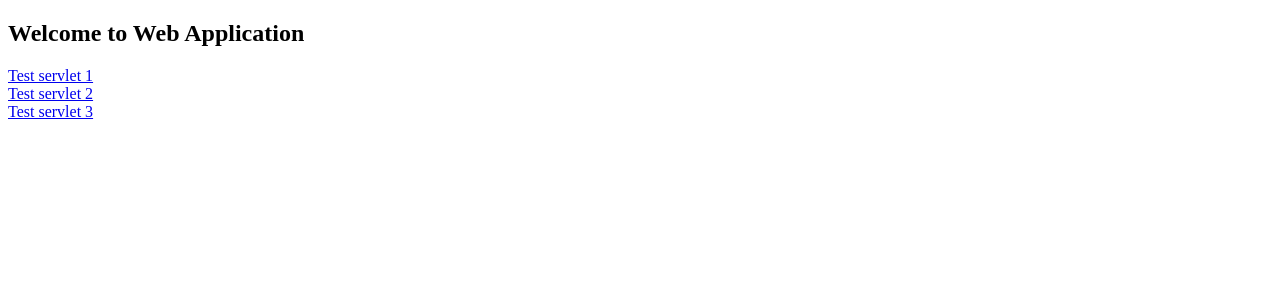
Repository: runeshgazane/Advance_Java_Practice
Page: Day2/Day2_2/src/main/webapp/home.html
The author's editor kept a copy of each file at every save. The page is drawn from the files as they stood at one save, then again after the next save.
The browser window is 1280 px wide. The pictures show the whole page.

Above is the page before, as saved 2023-01-19 10:16:01.

### Day2/Day2_2/src/main/webapp/home.html
<!DOCTYPE html>
<html>
<head>
<meta charset="ISO-8859-1">
<title>Insert title here</title>
</head>
<body>
	<h2>Welcome to Web Application</h2>
	<a href="test1">Test servlet 1</a><br>
	<a href="test2">Test servlet 2</a><br>
	<a href="test3">Test servlet 3</a><br>
</body>
</html>

After the next save:
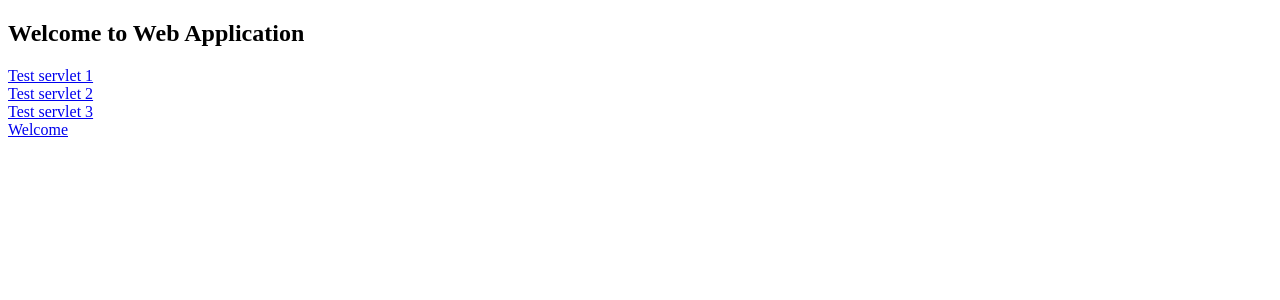
Saved 2 min 31 s later.
--- a/Day2/Day2_2/src/main/webapp/home.html
+++ b/Day2/Day2_2/src/main/webapp/home.html
@@ -9,5 +9,6 @@
 	<a href="test1">Test servlet 1</a><br>
 	<a href="test2">Test servlet 2</a><br>
 	<a href="test3">Test servlet 3</a><br>
+	<a href="home">Welcome</a><br>
 </body>
 </html>
